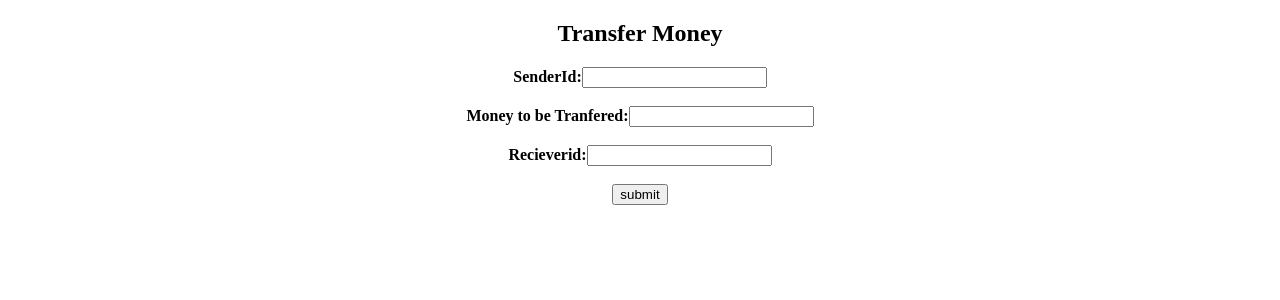
Repository: BarnalaManognaram/sparxintern
Page: sparx_internship/sparx/src/main/webapp/transfer.html
These files come from the project's save history. The page is drawn as it stood at one moment and after the next save; the edit follows.
The browser window is 1280 px wide. The pictures show the whole page.

Above is the page before, as saved 2021-09-16 16:45:59.

### sparx_internship/sparx/src/main/webapp/transfer.html
<!DOCTYPE html>
<html>
<head>
<meta charset="ISO-8859-1">
<title>transfer</title>
<link rel="stylesheet" href="home.css">
</head>
<body>
  <center>
   <h2>Transfer Money</h2>
    <b>SenderId:</b><input type="text" name="sid" /><br><br>
    <b>Money to be Tranfered:</b><input type="text" name="tm"/><br><br>
    <b>Recieverid:</b><input type="text" name="rid"/><br><br>
    <input type="button" value="submit"/><br><br>
  </center>
</body>
</html>

### sparx_internship/sparx/src/main/webapp/home.css
@charset "ISO-8859-1";
.button{
	background-color:green;
	color: white;
	border-radius: 8px;
		margin-left:690px;
}
.button1{
	background-color:green;
	color: white;
	border-radius: 4px;
	float: right;
	margin-right:16px;
}
.heading{
	color:green;
}
.bottom{
	background-color:skyblue;
	border-radius: 8px;

}

.table {
  font-family: arial, sans-serif;
  border-collapse: collapse;
  width: 100%;
}

.td {
  border: 1px solid #dddddd;
  text-align: left;
  padding: 8px;
}


.tr:nth-child(even) {
  background-color: #dddddd;
}

After the next save:
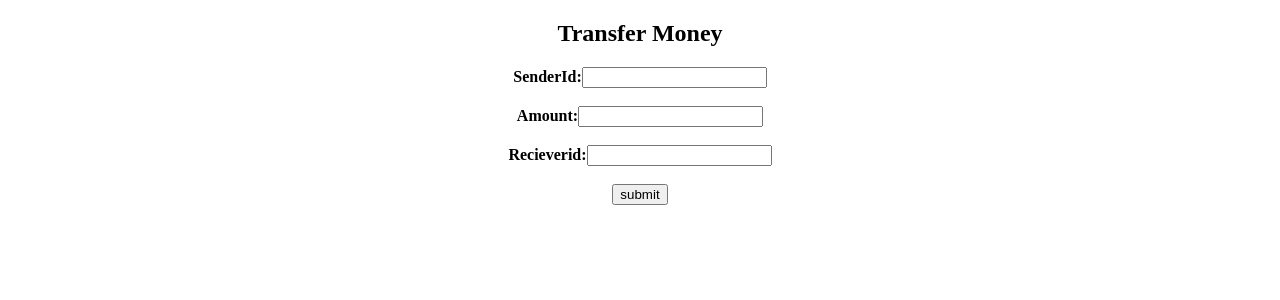
Saved 2 days later.
--- a/sparx_internship/sparx/src/main/webapp/transfer.html
+++ b/sparx_internship/sparx/src/main/webapp/transfer.html
@@ -9,7 +9,7 @@
   <center>
    <h2>Transfer Money</h2>
     <b>SenderId:</b><input type="text" name="sid" /><br><br>
-    <b>Money to be Tranfered:</b><input type="text" name="tm"/><br><br>
+    <b>Amount:</b><input type="text" name="tm"/><br><br>
     <b>Recieverid:</b><input type="text" name="rid"/><br><br>
     <input type="button" value="submit"/><br><br>
   </center>
